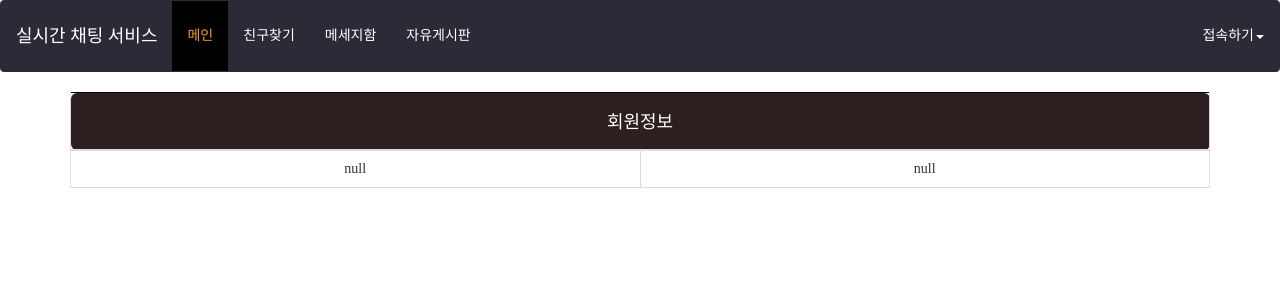
Repository: kkoseunghyun/javaAjaxChat
Page: http://localhost/UserChat/userStatus.jsp
An editor plug-in stored every save of this project. The page is shown before and after the next save, followed by the edit.
The browser window is 1280 px wide. The pictures show the whole page.
Some web fonts or font styles are not loaded; a fallback is used. Some web libraries are served in a nearby version. The page is served by Tomcat 9. Other server files are loaded and not shown. Queries for data that is not in the repository find no rows.

Above is the page before, as saved 2019-07-13 08:59:39.

### JspAjax/UserChat/WebContent/userStatus.jsp
<%@ page language="java" contentType="text/html; charset=UTF-8" pageEncoding="UTF-8"%>
<!DOCTYPE html>
<%@ page import="user.UserDAO" %>
<%@ page import="user.UserDTO" %>
<html>
<%
	String userID = null;
	if(session.getAttribute("userID") != null){
		userID = (String) session.getAttribute("userID");
	}

	UserDAO userDAO = new UserDAO();
	String userProfile = userDAO.getProfile(userID); // profile의 경로를 가져오는 메서드

	UserDTO user = userDAO.getUser(userID); // 유저 정보 가져오는 메서드
%>
<head>
	<meta charset="UTF-8">
	<meta name="viewport" content="width=device-width, initial-scale=1">
	<link rel="stylesheet" type="text/css" href="css/bootstrap.css">
	<link rel="stylesheet" type="text/css" href="css/custom.css?versionewg=2">
	<link rel="stylesheet" type="text/css" href="css/custom2.css?versiontff=2">
	<title>JSP Ajax 실시간 회원제 채팅 서비스</title>
	<script src="https://code.jquery.com/jquery-3.1.1.min.js"></script>
	<script src="js/bootstrap.js"></script>
	<script type="text/javascript">
		/* 상단 내비게이션 메세지함 unread 라벨 표시 */
		function getUnread() {
			$.ajax({
				type: "POST",
				url: "./chatUnread",
				data: {
					userID: encodeURIComponent('<%= userID %>'),
				},
				success: function(result) {
					if(result >= 1) {
						showUnread(result);
					} else {
						showUnread('');
					}
				}
			});
		}
		function getInfiniteUnread() {
			setInterval(function() {
				getUnread();
			}, 4000);
		}
		function showUnread(result) {
			$('#unread').html(result);
		}
	</script>
</head>
<body>
	<nav class="navbar navbar-default">
		<div class="navbar-header">
			<button type="button" class="navbar-toggle collapsed"
				data-toggle="collapse" data-target="#bs-example-navbar-collapse-1"
				aria-expanded="false">
				<span class="icon-bar"></span>
				<span class="icon-bar"></span>
				<span class="icon-bar"></span>
			</button>
			<a class="navbar-brand" href="index.jsp">실시간 채팅 서비스</a>
		</div>
		<div class="collapse navbar-collapse" id="bs-example-navbar-collapse-1">
			<ul class="nav navbar-nav">
				<li class="active"><a href="index.jsp">메인</a></li>
				<li><a href="find.jsp">친구찾기</a></li>
				<li><a href="box.jsp">메세지함<span id="unread" class="label label-info"></span></a></li>
				<li><a href="boardView.jsp">자유게시판</a></li>
			</ul>
			<%
				if(userID == null){ // 로그인이 안된사람들에 한해 보여지는 네비게이션 바
			%>
			<ul class="nav navbar-nav navbar-right">
				<li class="dropdown">
					<a href="#" class="dropdown-toggle"
						data-toggle="dropdown" role="button" aria-haspopup="true"
						aria-expanded="false">접속하기<span class="caret"></span></a>
					<ul class="dropdown-menu">
						<li><a href="login.jsp">로그인</a></li>
						<li><a href="join.jsp">회원가입</a></li>
					</ul>
				</li>
			</ul>
			<%
				} else {
			%>
			<ul class="nav navbar-nav navbar-right">
				<li class="dropdown">
					<a href="#" class="dropdown-toggle"
						data-toggle="dropdown" role="button" aria-haspopup="true"
						aria-expanded="false">회원관리<span class="caret"></span></a>
					<ul class="dropdown-menu">
						<li><a href="update.jsp">회원정보수정</a></li>
						<li><a href="profileUpdate.jsp">프로필 사진 수정</a></li>
						<li><a href="logoutAction.jsp">로그아웃</a></li>
					</ul>
				</li>
			</ul>
			<ul class="nav navbar-nav navbar-right">
				<li><a href="userStatus.jsp"><img class=".media-object img-circle" style="media-object: display:none; margin: 0 auto; max-width: 50px; max-height: 50px;" src="<%= userProfile %>"></img></a></li>
			</ul>
			<%
				}
			%>
		</div>
	</nav>
	<div class="container">
		<table class="table table-bordered table-hover" style="text-align:center; border:1px solid black">
			<thead>
				<tr>
					<th colspan="3"><h4>회원정보</h4></th>
				</tr>
			</thead>
			<tbody>
				<tr>
					<td><%= user.getUserID() %></td>
					<td><%= user.getUserID() %></td>
				</tr>
			</tbody>
		</table>

	</div>
	<%
		/*
			UserRegisterServlet.java, UserLoginServlet에서 session.setAttribute로 정의한
			messageContent,messageType 을 session.getAttribute를 통해 가져와서, 색깔셋팅 등 messageModal 설정부분
		*/
		String messageContent = null;
		if (session.getAttribute("messageContent") != null) {
			messageContent = (String) session.getAttribute("messageContent");
		}
		String messageType = null;
		if (session.getAttribute("messageType") != null) {
			messageType = (String) session.getAttribute("messageType");
		}
		if (messageContent != null) {
	%>
	<!--  messageModal -->
	<div class="modal fade" id="messageModal" tabindex="-1" role="dialog" aria-hidden="true">
		<div class="vertical-alignment-helper">
			<div class="modal-dialog vertical-align-center">
				<div class="modal-content <% if(messageType.equals("오류 메세지")) out.println("panel-warning"); else out.println("panel-success");%> ">
					<div class="modal-header panel-heading">
						<button type="button" class="close" data-dismiss="modal">
							<span aria-hidden="true">&times</span>		<!-- x버튼 -->
							<span class="sr-only">Close</span>
						</button>
						<h4 class="modal-title">
							<%= messageType %>
						</h4>
					</div>
					<div class="modal-body">
						<%= messageContent %>
					</div>
					<div class="modal-footer">
						<button type="button" class="btn btn-primary" data-dismiss="modal">확인</button>
					</div>
				</div>
			</div>
		</div>
	</div>
	<%
		session.removeAttribute("messageContent");
		session.removeAttribute("messageType");
		}
	%>
	<script>
		$('#messageModal').modal("show");
	</script>
	<%
		if(userID != null) {
	%>
		<script type="text/javascript">
			$(document).ready(function() {
				getUnread(); // 4초 안기다리고 바로 볼 수 있게 먼저해놓음
				getInfiniteUnread();
			});
		</script>
	<%
		}
	%>
</body>
</html>

### JspAjax/UserChat/src/user/UserDAO.java
package user;

import java.sql.Connection;
import java.sql.PreparedStatement;
import java.sql.ResultSet;

import javax.naming.Context;
import javax.naming.InitialContext;
import javax.sql.DataSource;

public class UserDAO {

	DataSource dataSource;

	public UserDAO() { //context.xml에서 설정한 JNDI를 이용. 이 객체는 이제 Container의 DBCP에 의해 관리된다.
		try {
			InitialContext initContext = new InitialContext();
			Context envContext = (Context) initContext.lookup("java:/comp/env");
			dataSource = (DataSource) envContext.lookup("jdbc/UserChat");
		} catch (Exception e) {
			e.printStackTrace();
		}
	}

	/* 로그인 성공 여부 메서드 */
	public int login(String userID, String userPassword) {
		Connection conn = null;
		PreparedStatement pstmt = null;
		ResultSet rs = null;
		String SQL = "SELECT * FROM USER WHERE userID = ?";
		try {
			conn = dataSource.getConnection(); // 실질적으로 커넥션풀에 접근하게 해줌
			pstmt = conn.prepareStatement(SQL);
			pstmt.setString(1, userID);
			rs = pstmt.executeQuery();
			if(rs.next()) {
				if(rs.getString("userPassword").equals(userPassword)) {
					return 1; // 로그인 성공
				}
				return 2; //비밀번호가 틀림
			} else {
				return 0; // 해당 사용자가 존재하지 않음
			}
		} catch (Exception e) {
			e.printStackTrace();
		} finally {
			try {
				if(rs != null) rs.close();
				if(pstmt != null) pstmt.close();
				if(conn != null) conn.close();
			} catch (Exception e) {
				e.printStackTrace();
			}
		}
		return -1; // 데이터베이스 오류
	}

	/* 회원가입 아이디 중복체크 */
	public int registerCheck(String userID) {
		Connection conn = null;
		PreparedStatement pstmt = null;
		ResultSet rs = null;
		String SQL = "SELECT * FROM USER WHERE userID = ?";
		try {
			conn = dataSource.getConnection(); // 실질적으로 커넥션풀에 접근하게 해줌
			pstmt = conn.prepareStatement(SQL);
			pstmt.setString(1, userID);
			rs = pstmt.executeQuery();
			if(rs.next() || userID.equals("")) {
				return 0; // 이미 존재하는 회원
			} else {
				return 1; // 가입 가능한 회원 아이디
			}
		} catch (Exception e) {
			e.printStackTrace();
		} finally {
			try {
				if(rs != null) rs.close();
				if(pstmt != null) pstmt.close();
				if(conn != null) conn.close();
			} catch (Exception e) {
				e.printStackTrace();
			}
		}
		return -1; // 데이터베이스 오류
	}
	/* 회원가입 메서드 */
	public int register(String userID, String userPassword, String userName, String userAge, String userGender, String userEmail, String userProfile) { // 아이디 중복체크
		Connection conn = null;
		PreparedStatement pstmt = null;
		String SQL = "INSERT INTO USER VALUES (?, ?, ?, ?, ?, ?, ?)";
		try {
			conn = dataSource.getConnection(); // 실질적으로 커넥션풀에 접근하게 해줌
			pstmt = conn.prepareStatement(SQL);
			pstmt.setString(1, userID);
			pstmt.setString(2, userPassword);
			pstmt.setString(3, userName);
			pstmt.setInt(4, Integer.parseInt(userAge));
			pstmt.setString(5, userGender);
			pstmt.setString(6, userEmail);
			pstmt.setString(7, userProfile);
			return pstmt.executeUpdate();
		} catch (Exception e) {
			e.printStackTrace();
		} finally {
			try {
				if(pstmt != null) pstmt.close();
				if(conn != null) conn.close();
			} catch (Exception e) {
				e.printStackTrace();
			}
		}
		return -1; // 데이터베이스 오류
	}

	/**
	 * 유저정보 세팅 메서드
	 * */
	public UserDTO getUser(String userID) {
		UserDTO user = new UserDTO();

		Connection conn = null;
		PreparedStatement pstmt = null;
		ResultSet rs = null;
		String SQL = "SELECT * FROM USER WHERE userID = ?";
		try {
			conn = dataSource.getConnection();
			pstmt = conn.prepareStatement(SQL);
			pstmt.setString(1, userID);
			rs = pstmt.executeQuery();
			if(rs.next()) {
				user.setUserID(userID);
				user.setUserPassword(rs.getString("userPassword"));
				user.setUserName(rs.getString("userName"));
				user.setUserAge(rs.getInt("userAge"));
				user.setUserGender(rs.getString("userGender"));
				user.setUserEmail(rs.getString("userEmail"));
				user.setUserProfile(rs.getString("userProfile"));
			}
		} catch (Exception e) {
			e.printStackTrace();
		} finally {
			try {
				if(rs != null) rs.close();
				if(pstmt != null) pstmt.close();
				if(conn != null) conn.close();
			} catch (Exception e) {
				e.printStackTrace();
			}
		}
		return user;
	}

	/**
	 * 회원정보 수정 메서드
	 * */
	public int update(String userID, String userPassword, String userName, String userAge, String userGender, String userEmail) { // 아이디 중복체크
		Connection conn = null;
		PreparedStatement pstmt = null;
		String SQL = "UPDATE user SET userPassword = ?, userName = ?, userAge = ?, userGender = ?,userEmail = ? WHERE userID = ?";
		try {
			conn = dataSource.getConnection(); // 실질적으로 커넥션풀에 접근하게 해줌
			pstmt = conn.prepareStatement(SQL);
			pstmt.setString(1, userPassword);
			pstmt.setString(2, userName);
			pstmt.setInt(3, Integer.parseInt(userAge));
			pstmt.setString(4, userGender);
			pstmt.setString(5, userEmail);
			pstmt.setString(6, userID);
			return pstmt.executeUpdate();
		} catch (Exception e) {
			e.printStackTrace();
		} finally {
			try {
				if(pstmt != null) pstmt.close();
				if(conn != null) conn.close();
			} catch (Exception e) {
				e.printStackTrace();
			}
		}
		return -1; // 데이터베이스 오류
	}

	// userProfile을 db에 업데이트 해주는 메서드
	public int profile(String userID, String userProfile) {
		Connection conn = null;
		PreparedStatement pstmt = null;
		String SQL = "UPDATE user SET userProfile = ? WHERE userID = ?";
		try {
			conn = dataSource.getConnection(); // 실질적으로 커넥션풀에 접근하게 해줌
			pstmt = conn.prepareStatement(SQL);
			pstmt.setString(1, userProfile);
			pstmt.setString(2, userID);
			return pstmt.executeUpdate();
		} catch (Exception e) {
			e.printStackTrace();
		} finally {
			try {
				if(pstmt != null) pstmt.close();
				if(conn != null) conn.close();
			} catch (Exception e) {
				e.printStackTrace();
			}
		}
		return -1; // 데이터베이스 오류
	}

	// userProfile의 경로를 가져오는 메서드
	public String getProfile(String userID) { // 아이디 중복체크
		Connection conn = null;
		PreparedStatement pstmt = null;
		ResultSet rs = null;
		String SQL = "SELECT userProfile FROM USER WHERE userID = ?";
		try {
			conn = dataSource.getConnection(); // 실질적으로 커넥션풀에 접근하게 해줌
			pstmt = conn.prepareStatement(SQL);
			pstmt.setString(1, userID);
			rs = pstmt.executeQuery();
			if(rs.next()) {
				if(rs.getString("userProfile").equals("")) { // 기본 상태의 프로필 사진
					return "http://localhost:8084/UserChat/images/icon.png";
				}
				return "http://localhost:8084/UserChat/upload/" + rs.getString("userProfile");

			}
		} catch (Exception e) {
			e.printStackTrace();
		} finally {
			try {
				if(rs != null) rs.close();
				if(pstmt != null) pstmt.close();
				if(conn != null) conn.close();
			} catch (Exception e) {
				e.printStackTrace();
			}
		}
		return "http://localhost:8084/UserChat/images/icon.png";
	}
}

### JspAjax/UserChat/src/user/UserDTO.java
package user;

/**
 * DTO 란 ? (Data Transfer Object)(= VO)
 * 	- 데이터를 오브젝트로 변환하는 객체이다.
 *  - 계층간 데이터 교환을 위한 자바빈즈를 말합니다.
 * */
public class UserDTO {
	String userID;
	String userPassword;
	String userName;
	int userAge;
	String userGender;
	String userEmail;
	String userProfile;		// 프로필 사진경로

	public String getUserID() {
		return userID;
	}
	public void setUserID(String userID) {
		this.userID = userID;
	}
	public String getUserPassword() {
		return userPassword;
	}
	public void setUserPassword(String userPassword) {
		this.userPassword = userPassword;
	}
	public String getUserName() {
		return userName;
	}
	public void setUserName(String userName) {
		this.userName = userName;
	}
	public int getUserAge() {
		return userAge;
	}
	public void setUserAge(int userAge) {
		this.userAge = userAge;
	}
	public String getUserGender() {
		return userGender;
	}
	public void setUserGender(String userGender) {
		this.userGender = userGender;
	}
	public String getUserEmail() {
		return userEmail;
	}
	public void setUserEmail(String userEmail) {
		this.userEmail = userEmail;
	}
	public String getUserProfile() {
		return userProfile;
	}
	public void setUserProfile(String userProfile) {
		this.userProfile = userProfile;
	}
}

### JspAjax/UserChat/WebContent/css/custom.css
@import url(http://fonts.googleapis.com/earlyaccess/nanumgothic.css);
@import url(http://fonts.googleapis.com/earlyaccess/hanna.css);
@import url(http://fonts.googleapis.com/earlyaccess/notosanskr.css);
* {
	font-family: 'Nanum Gothic';
}
h5 {
	font-family: 'Noto Sans KR';
	font-size: 15px;
	font-weight: bold;
}
h4 {
	font-family: 'Noto Sans KR';
}
h3 {
	font-family: 'Hanna';
}
h2 {
	font-family: 'Hanna';
}
h1 {
	font-family: 'Hanna';
}

/* 테이블 관련 디자인 처리 */
thead th {
	background-color: #2d1f1f;
	color: white;
	text-align: center;
}
tr td:first-child,
tr th:first-child {
	border-top-left-radius: 6px;
	border-bottom-left-radius: 6px;
}
tr td:last-child,
tr th:last-child {
	border-top-right-radius: 6px;
	border-bottom-right-radius: 6px;
}

/* 모달 팝업창 관련 디자인 처리 */
.vertical-alignment-helper {
	display: table;
	height: 100%;
	width: 100%;
	pointer-events: none;
}
.vertical-alignment-center {
	display: table-cell;
	vertical-align: middle;
	pointer-events: none;
}
.modal-content {
	width: inherit;
	height: inherit;
	margin: 0 auto;
	pointer-events: all;
}

/* 채팅창 디자인 처리 */
.portlet {
    margin-bottom: 15px;
}
.btn-white {
    border-color: #cccccc;
    color: #333333;
    background-color: #ffffff;
}
.portlet {
    border: 1px solid;
}
.portlet .portlet-heading {
    padding: 0 15px;
}
.portlet .portlet-heading h4 {
    padding: 1px 0;
    font-size: 16px;
}
.portlet .portlet-heading a {
    color: #fff;
}
.portlet .portlet-heading a:hover,
.portlet .portlet-heading a:active,
.portlet .portlet-heading a:focus {
    outline: none;
}
.portlet .portlet-widgets .dropdown-menu a {
    color: #333;
}
.portlet .portlet-widgets ul.dropdown-menu {
    min-width: 0;
}
.portlet .portlet-heading .portlet-title {
    float: left;
}
.portlet .portlet-heading .portlet-title h4 {
    margin: 10px 0;
}
.portlet .portlet-heading .portlet-widgets {
    float: right;
    margin: 8px 0;
}
.portlet .portlet-heading .portlet-widgets .tabbed-portlets {
    display: inline;
}
.portlet .portlet-heading .portlet-widgets .divider {
    margin: 0 5px;
}
.portlet .portlet-body {
    padding: 15px;
    background: #fff;
}
.portlet .portlet-footer {
    padding: 10px 15px;
    background: #e0e7e8;
}
.portlet .portlet-footer ul {
    margin: 0;
}
.portlet-green,
.portlet-green>.portlet-heading {
    border-color: #16a085;
}
.portlet-green>.portlet-heading {
    color: #fff;
    background-color: #16a085;
}
.portlet-orange,
.portlet-orange>.portlet-heading {
    border-color: #f39c12;
}
.portlet-orange>.portlet-heading {
    color: #fff;
    background-color: #f39c12;
}
.portlet-blue,
.portlet-blue>.portlet-heading {
    border-color: #2980b9;
}
.portlet-blue>.portlet-heading {
    color: #fff;
    background-color: #2980b9;
}
.portlet-red,
.portlet-red>.portlet-heading {
    border-color: #e74c3c;
}
.portlet-red>.portlet-heading {
    color: #fff;
    background-color: #e74c3c;
}
.portlet-purple,
.portlet-purple>.portlet-heading {
    border-color: #8e44ad;
}
.portlet-purple>.portlet-heading {
    color: #fff;
    background-color: #8e44ad;
}
.portlet-default,
.portlet-dark-blue,
.portlet-default>.portlet-heading,
.portlet-dark-blue>.portlet-heading {
    border-color: #34495e;
}
.portlet-default>.portlet-heading,
.portlet-dark-blue>.portlet-heading {
    color: #fff;
    background-color: #34495e;
}
.portlet-basic,
.portlet-basic>.portlet-heading {
    border-color: #333;
}
.portlet-basic>.portlet-heading {
    border-bottom: 1px solid #333;
    color: #333;
    background-color: #fff;
}
@media(min-width:768px) { /* 화면 너비 768 이하일때 적용 */
    .portlet {
        margin-bottom: 30px;
    }
}
.img-chat{
width:40px;
height:40px;
}
.text-green {
    color: #16a085;
}
.text-orange {
    color: #f39c12;
}
.text-red {
    color: #e74c3c;
}

### JspAjax/UserChat/WebContent/css/custom2.css
@import url(http://fonts.googleapis.com/earlyaccess/nanumgothic.css);
/* 전체 영역 지정 */
* {
    font-family: 'Nanum Gothic';
}
/* 전체 링크 영역 지정 */
a {
    color: #000000;
    text-decoration: none;
}
a:hover{
    color: #bbbbbb;
    text-decoration:none;
    cursor: pointer;
}

/* 네비게이션 영역 */
.navbar-default{    /* 배경 색상*/
    background-color: #2b2b37;
    border-color: #2b2b37;
}
.navbar-default .navbar-brand{ /* 내비게이션 제목 생상 */
    color: #ffffff;
    padding-top: 25px;
    font-family: 'Hanna';
}
.navbar-default .navbar-brand:hover,
.navbar-default .navbar-brand:focus{ /*내비게이션 제목에 마우스를 올렸을 때 */
    background-color: transparent;
    color: #FE9A2E;
}
.navbar-default .navbar-nav > .active > a,
.navbar-default .navbar-nav > .active > a:hover,
.navbar-default .navbar-nav > .active > a:focus{/* 현재 선택된 내비게이션 색상 이벤트 */
    color: #FE9A2E;
    background-color: #000000;
}
.navbar-default .navbar-nav > li > a { /*내비게이션 기본 글자 색상 */
	color: #ffffff;
    font-family: 'Hanna';
}
.navbar-default .navbar-nav > li > a:hover,
.navbar-default .navbar-nav > li > a:focus { /*내비게이션의 글자에 마우스를 올렸을 때 */
    color: #FE9A2E;
}
.navbar-default .navbar-nav > .open > a,
.navbar-default .navbar-nav > .open > a:hover,
.navbar-default .navbar-nav > .open > a:focus{ /* .open : 드랍다운이 열렸을 때 마우스 색상 이벤트  */
    color: #FE9A2E;
    background-color: #000000;
    text-decoration: none;
}
.navbar-default .navbar-toggle:hover,
.navbar-default .navbar-toggle:focus { /* 토글에 마우스를 올렸을 때 */
	background-color: #dddddd;
}
.navbar-default .navbar-toggle: .icon-bar { /* 토글 아이콘 바 색상 */
	background-color: #dddddd;
}

/* 미디어 쿼리 */
@media (max-width: 767px) { /* 화면 너비 767 이하일때 적용 */
    .navbar-default .navbar-nav .open .dropdown-menu > li > a {
        color: #ffffff;
    }
    .navbar-default .navbar-nav .open .dropdown-menu > li > a:hover,
    .navbar-default .navbar-nav .open .dropdown-menu > li > a:focus {
        color: #eeeeee;
    }
}
/* 네비게이션 바 길이 수정 */
.navbar-fixed-top {
	min-height: 70px;
}
.navbar-nav > li > a {
	padding-top: 0px;
	padding-bottom: 0px;
	line-height: 70px;
}
@media (max-width: 767px) { /* 화면 너비 767 이하일때 적용 */
	.navbar-default .navbar-brand {
		padding-top: 15px;
	}
	.navbar-nav > li > a {
		padding-top: 0px;
		padding-bottom: 0px;
		line-height: 40px;
	}
}

Loaded but not shown: JspAjax/UserChat/WebContent/css/bootstrap.css (library); JspAjax/UserChat/WebContent/js/bootstrap.js (library)

After the next save:
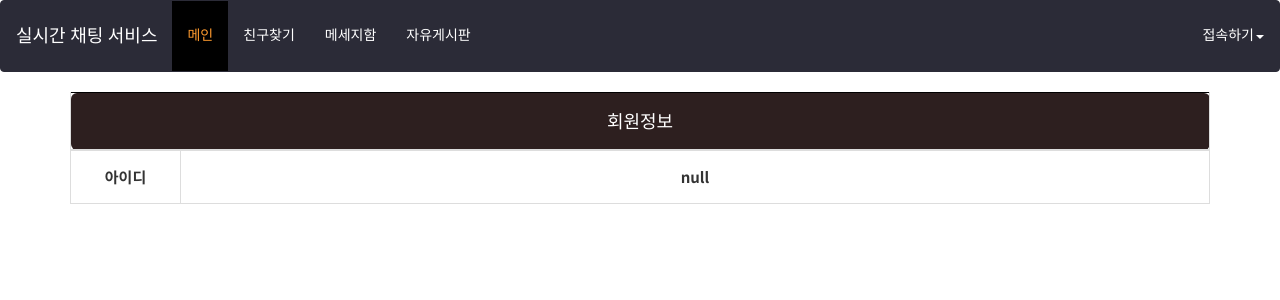
Saved 18 s later.
--- a/JspAjax/UserChat/WebContent/userStatus.jsp
+++ b/JspAjax/UserChat/WebContent/userStatus.jsp
@@ -116,8 +116,8 @@
 			</thead>
 			<tbody>
 				<tr>
-					<td><%= user.getUserID() %></td>
-					<td><%= user.getUserID() %></td>
+					<td style="width: 110px;"><h5>아이디</h5></td>
+					<td><h5><%= user.getUserID() %></h5>
 				</tr>
 			</tbody>
 		</table>
